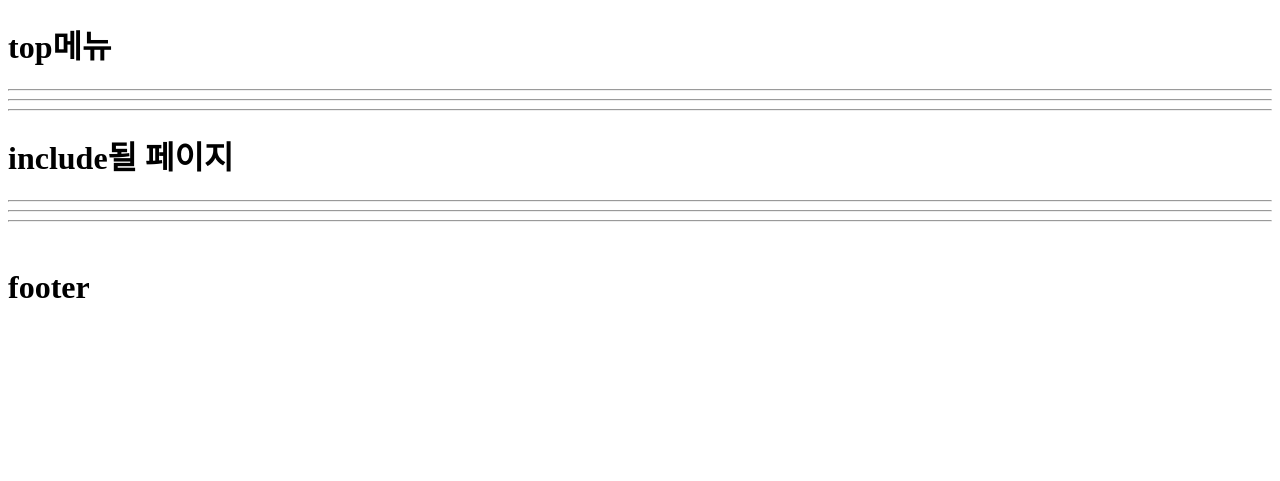
Repository: sonic247897/multicampus-sts
Page: http://localhost/firstPro/jsptest/mainPage.jsp
These files come from the project's save history. The page is drawn as it stood at one moment and after the next save; the edit follows.
The browser window is 1280 px wide. The pictures show the whole page.
The page is served by Tomcat 9. Other server files are loaded and not shown.

Above is the page before, as saved 2020-01-29 06:33:22.

### firstPro/src/main/webapp/jsptest/mainPage.jsp
<%@ page language="java" contentType="text/html; charset=UTF-8"
    pageEncoding="UTF-8"%>
<!DOCTYPE html>
<html>
<head>
<meta charset="UTF-8">
<title>Insert title here</title>
</head>
<body>
	<h1>top메뉴</h1>
	<jsp:include page="subPage.jsp"/>
	<br/>

	<h1>footer</h1>

</body>
</html>

### firstPro/src/main/webapp/jsptest/subPage.jsp
<%@ page language="java" contentType="text/html; charset=UTF-8"
    pageEncoding="UTF-8"%>
<!DOCTYPE html>
<html>
<head>
<meta charset="UTF-8">
<title>Insert title here</title>
</head>
<body>
	<hr/><hr/><hr/>
	<h1>include될 페이지</h1>
	<hr/><hr/><hr/>
</body>
</html>

After the next save:
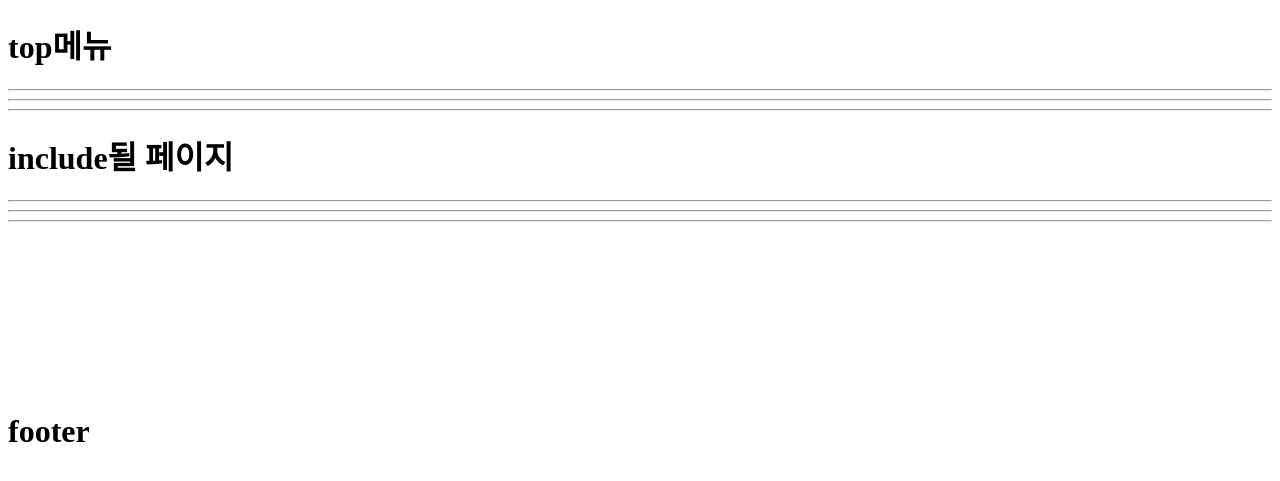
Saved 5 s later.
--- a/firstPro/src/main/webapp/jsptest/mainPage.jsp
+++ b/firstPro/src/main/webapp/jsptest/mainPage.jsp
@@ -10,7 +10,8 @@
 	<h1>top메뉴</h1>
 	<jsp:include page="subPage.jsp"/>
 	<br/>
-
+	<br/><br/>
+	<br/><br/><br/><br/><br/><br/>
 	<h1>footer</h1>
 
 </body>
